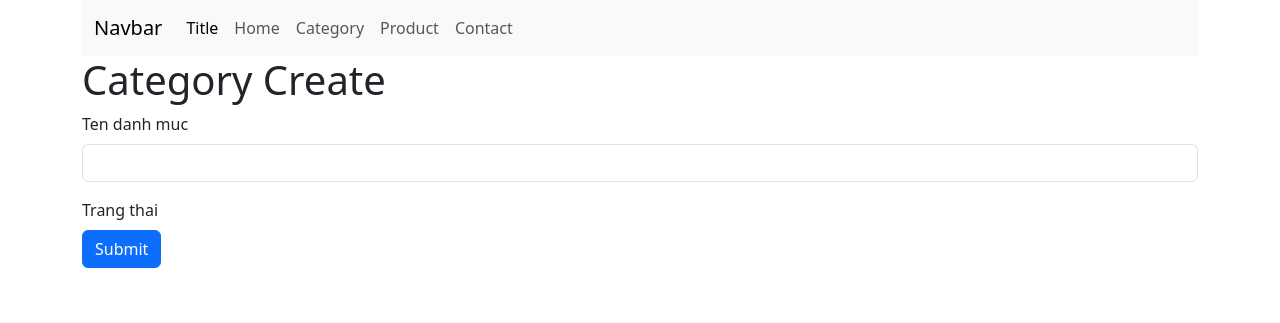
Repository: ndmq03102002/crud_laravel
Page: http://localhost/admin/category/create
An editor plug-in stored every save of this project. The page is shown before and after the next save, followed by the edit.
The browser window is 1280 px wide. The pictures show the whole page.
The page is served by the project's Laravel application, run on PHP 8.4 with Laravel 10. A made-up administrator, Test User (test@example.com), is signed in.

Above is the page before, as saved 2024-07-12 10:20:24.

After the next save:
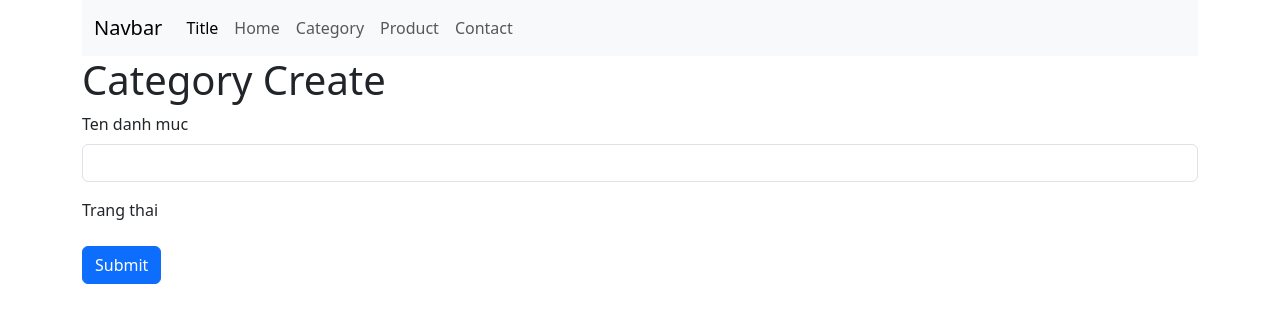
Saved 7 s later.
--- a/resources/views/admin/category/create.blade.php
+++ b/resources/views/admin/category/create.blade.php
@@ -13,7 +13,7 @@
     </div>
     <div class="mb-3">
       <label for="exampleInputPassword1" class="form-label">Trang thai</label>
-      <div
+
     </div>
 
     <button type="submit" class="btn btn-primary">Submit</button>
